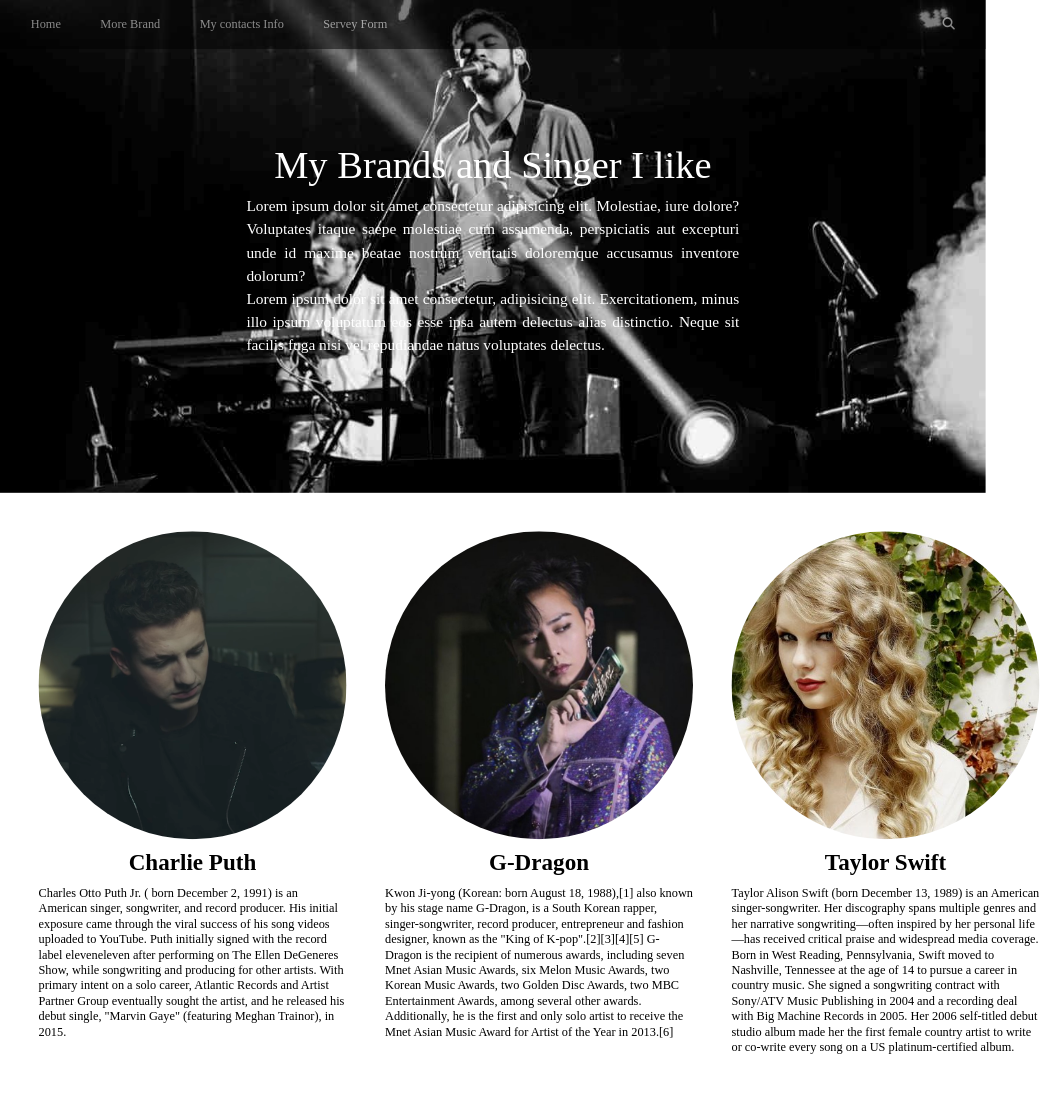
Repository: MinChea36/asm
Page: ASSM1.html
These files come from the project's save history. The page is drawn as it stood at one moment and after the next save; the edit follows.
The browser window is 1280 px wide. The page is 1350 px wide, so the pictures cover 1350 px, including what lies to the right of the window. The pictures show the whole page, at 77% of full size.

Above is the page before, as saved 2022-09-22 22:37:37.

### ASSM1.html
<!DOCTYPE html>
<html lang="en">
<head>
    <meta charset="UTF-8">
    <meta http-equiv="X-UA-Compatible" content="IE=edge">
    <meta name="viewport" content="width=device-width, initial-scale=1.0">
    <link rel="stylesheet" href="./resetcss.css">
    <link rel="stylesheet" href="./style.css">
    <link rel="stylesheet" href="https://cdnjs.cloudflare.com/ajax/libs/font-awesome/6.2.0/css/all.min.css">
    <title>AssignMent 1</title>
</head>
<body>
    <div class="top-menu">
        <div class="menu">
            <a href="#1">Home</a> |
            <a href="#2">More Brand</a> |
            <a href="#3">My contacts Info</a> |
            <a href="#4">Servey Form</a> |
        </div>
        <div class="search">
            <i class="fa-solid fa-magnifying-glass"></i>
        </div>
    </div>
    <div class="brand-singer">
        <img src="./chicago.jpg" width="100%" alt="">
        <div class="brand-singer-in-img">
        <h2>My Brands and Singer I like</h2>
        <p>Lorem ipsum dolor sit amet consectetur adipisicing elit. Molestiae, iure dolore? Voluptates itaque saepe molestiae cum assumenda, perspiciatis aut excepturi unde id maxime beatae nostrum veritatis doloremque accusamus inventore dolorum?<br>
            Lorem ipsum dolor sit amet consectetur, adipisicing elit. Exercitationem, minus illo ipsum voluptatum eos esse ipsa autem delectus alias distinctio. Neque sit facilis fuga nisi vel repudiandae natus voluptates delectus.
        </p>
        </div>
    </div>
    <div class="singers-like">
        <div class="row">
            <div class="card-img">
               <img src="./643a87-Charlie-Puth-Claims-Hes-Done-Writing-Love-Ballads-And-Is-Bring-His-Dark-Thoughts-To-His-New-Album-feature.webp" alt="">
            </div>
            <div class="singers-text">
            <h2>Charlie Puth</h2>
            <p>Charles Otto Puth Jr. ( born December 2, 1991) is an American singer, songwriter, and record producer. His initial exposure came through the viral success of his song videos uploaded to YouTube. Puth initially signed with the record label eleveneleven after performing on The Ellen DeGeneres Show, while songwriting and producing for other artists. With primary intent on a solo career, Atlantic Records and Artist Partner Group eventually sought the artist, and he released his debut single, "Marvin Gaye" (featuring Meghan Trainor), in 2015.</p>
            </div>
        </div>
        <div class="row">
            <div class="card-img">
               <img src="/G-Dragon-elle-man-1.jpg" alt="">
            </div>
            <div class="singers-text">
            <h2>G-Dragon</h2>
            <p>Kwon Ji-yong (Korean: born August 18, 1988),[1] also known by his stage name G-Dragon, is a South Korean rapper, singer-songwriter, record producer, entrepreneur and fashion designer, known as the "King of K-pop".[2][3][4][5] G-Dragon is the recipient of numerous awards, including seven Mnet Asian Music Awards, six Melon Music Awards, two Korean Music Awards, two Golden Disc Awards, two MBC Entertainment Awards, among several other awards. Additionally, he is the first and only solo artist to receive the Mnet Asian Music Award for Artist of the Year in 2013.[6]</p>
            </div>
        </div>
        <div class="row">
            <div class="card-img">
               <img src="images814767taylorsw-c29a.jpg" alt="">
            </div>
            <div class="singers-text">
            <h2>Taylor Swift</h2>
            <p>Taylor Alison Swift (born December 13, 1989) is an American singer-songwriter. Her discography spans multiple genres and her narrative songwriting—often inspired by her personal life—has received critical praise and widespread media coverage. Born in West Reading, Pennsylvania, Swift moved to Nashville, Tennessee at the age of 14 to pursue a career in country music. She signed a songwriting contract with Sony/ATV Music Publishing in 2004 and a recording deal with Big Machine Records in 2005. Her 2006 self-titled debut studio album made her the first female country artist to write or co-write every song on a US platinum-certified album.</p>
        </div>
        </div>
    </div>


</body>
</html>

### resetcss.css
*,
*::before,
*::after {
  box-sizing: border-box;
}
* {
  margin: 0;
  padding: 0;
  font: inherit;
}
body {
  line-height: 1.5;
}
img,
picture,
video,
canvas,
svg {
  display: block;
  max-width: 100%;
}
input,
button,
textarea,
select {
  outline: none;
}
p,
h1,
h2,
h3,
h4,
h5,
h6 {
  overflow-wrap: break-word;
}

### style.css
body {
    padding: 0;
    margin: 0;
}
.top-menu {
    display: flex;
    justify-content: space-between;
    background-color: black;
    padding: 20px;
    position: fixed;
    top: 0;
    left: 0;
    z-index: 2;
    right: 0;
    opacity: 0.5;
}
.menu a{
    color: white;
    text-decoration: none;
    padding: 0 20px;
}
.menu a:hover {
    color: red;
}
.search i {
    color: white;
    padding-right: 20px;
}
.brand-singer {
    position: relative;
}
.brand-singer-in-img {
    position: absolute;
    top: 50%;
    left: 50%;
    transform: translate(-50%, -50%);
    color: white;
    text-align: center;
}
.brand-singer h2 {
    font-size: 50px;
}
.brand-singer p {
    text-align: justify;
    font-size: 20px;
}
.singers-like {
    display: grid;
    grid-template-columns: repeat(3,1fr);
    grid-column-gap: 50px;
    padding: 50px 50px;

    line-height: 20px;
}
.singers-text h2 {
    margin-top: 20px;
    margin-bottom: 20px;
    text-align: center;
    font-size: 30px;
    font-weight: bold;
}
.card-img {
    border-radius: 50%;
    width: 400px;
    height: 400px;
    overflow: hidden;
    margin: 0 auto;
}
.card-img img{
    width: 100%;
    height: 100%;
    object-fit: cover;
}

After the next save:
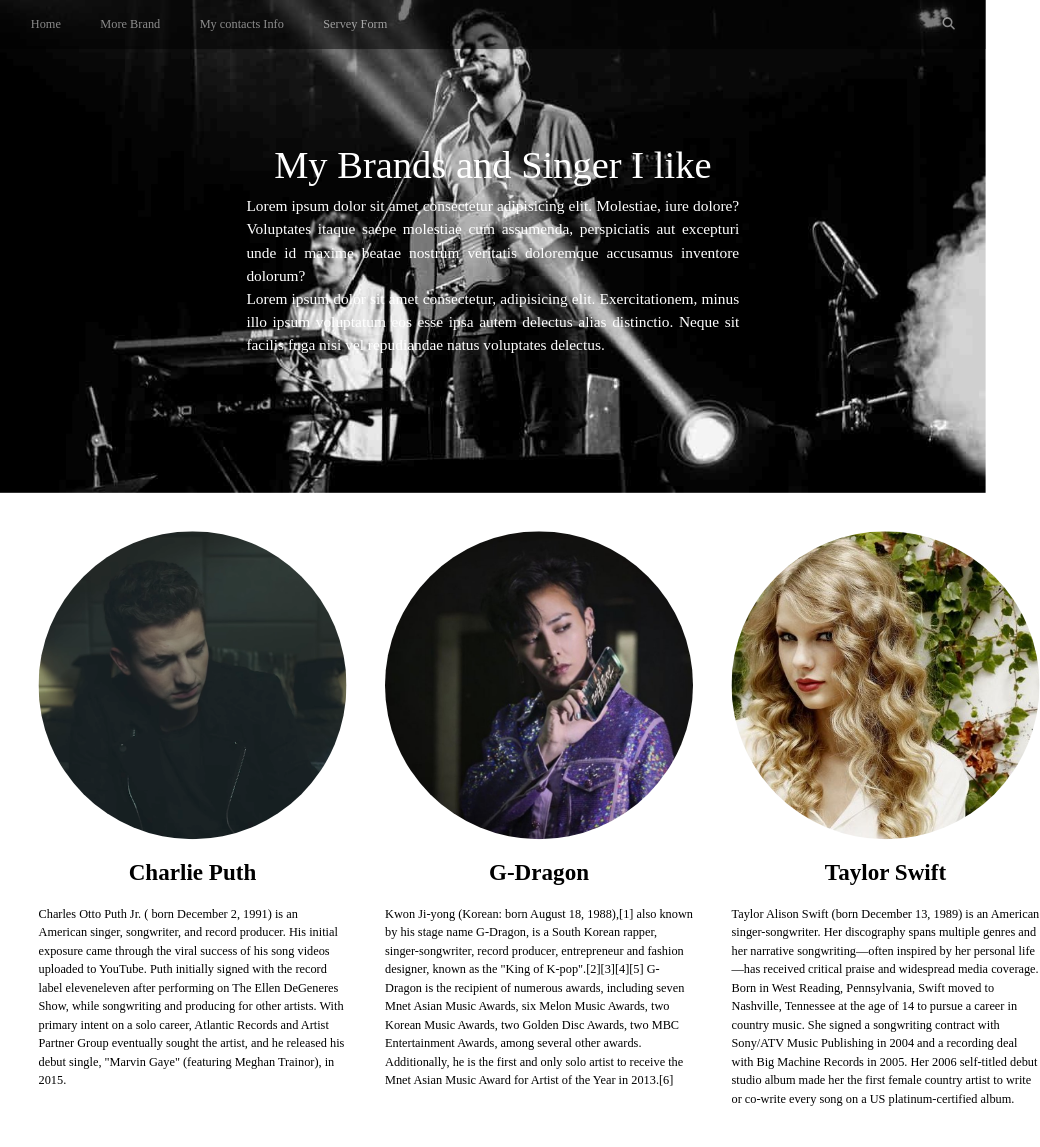
Saved 4 s later.
--- a/style.css
+++ b/style.css
@@ -49,7 +49,7 @@
     grid-template-columns: repeat(3,1fr);
     grid-column-gap: 50px;
     padding: 50px 50px;
-
+    bac
     line-height: 20px;
 }
 .singers-text h2 {

After the 2 saves that followed:
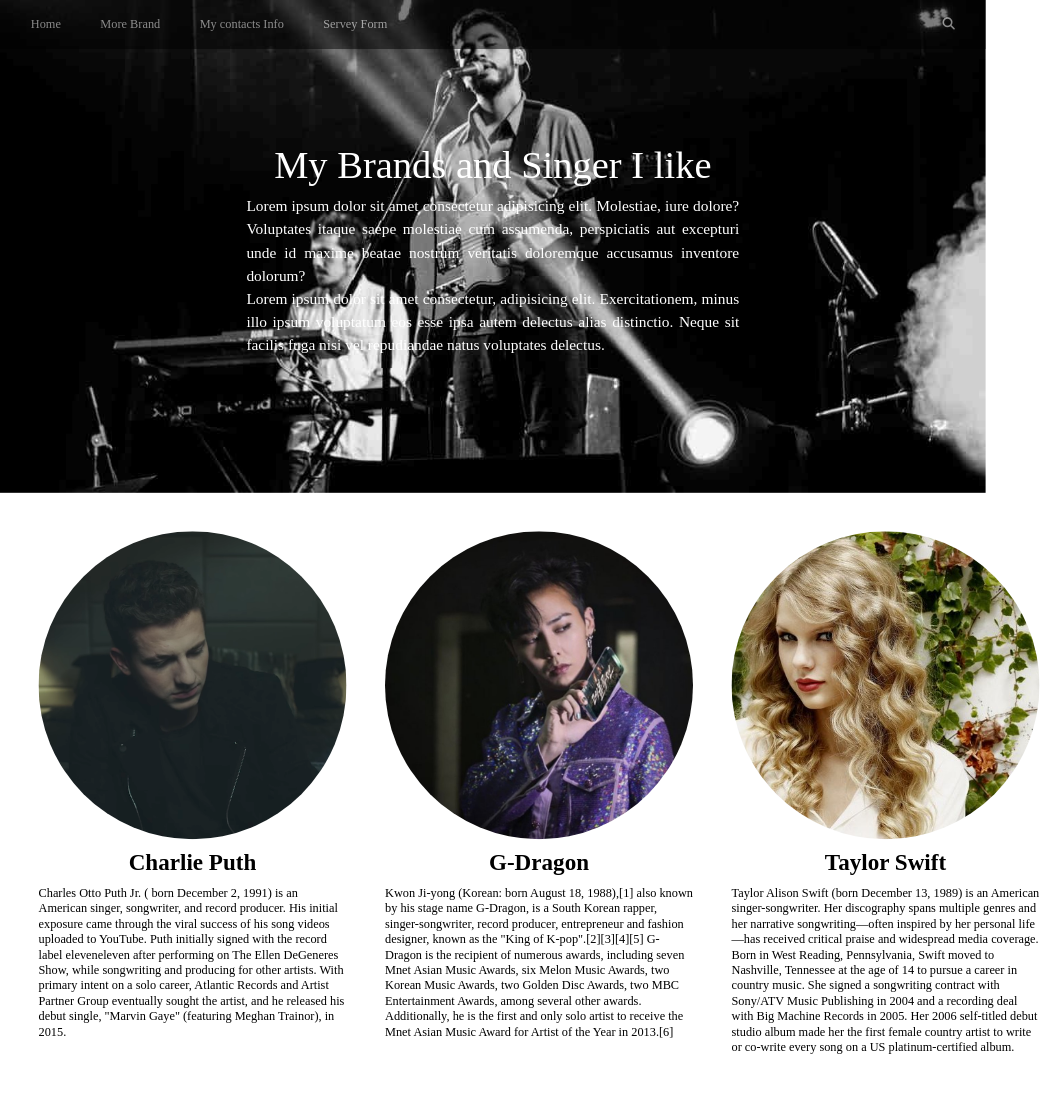
The 2 saves are shown as one change because they came seconds apart.
The last was saved 15 s later.
--- a/style.css
+++ b/style.css
@@ -49,7 +49,7 @@
     grid-template-columns: repeat(3,1fr);
     grid-column-gap: 50px;
     padding: 50px 50px;
-    bac
+    background-image: re;
     line-height: 20px;
 }
 .singers-text h2 {
